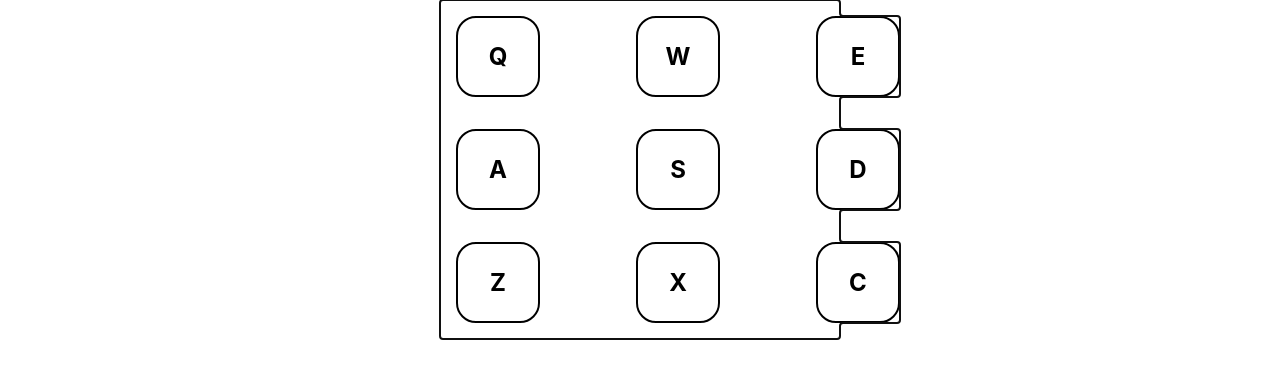
Repository: milac0/drum-machine
Page: /
These files come from the project's save history. The page is drawn as it stood at one moment and after the next save; the edit follows.
The browser window is 1280 px wide. The pictures show the whole page.
The project was rebuilt for these pictures with package versions that can differ from the ones it lists, and the page was loaded fresh each time.

Above is the page before, as saved 2019-10-25 17:36:10.

### public/index.html
<!DOCTYPE html>
<html lang="en">
  <head>
    <meta charset="utf-8" />
    <link rel="shortcut icon" href="%PUBLIC_URL%/favicon.ico" />
    <meta name="viewport" content="width=device-width, initial-scale=1" />
    <meta name="theme-color" content="#000000" />
    <!--
      manifest.json provides metadata used when your web app is installed on a
      user's mobile device or desktop. See https://developers.google.com/web/fundamentals/web-app-manifest/
    -->
    <link rel="manifest" href="%PUBLIC_URL%/manifest.json" />
    <!--
      Notice the use of %PUBLIC_URL% in the tags above.
      It will be replaced with the URL of the `public` folder during the build.
      Only files inside the `public` folder can be referenced from the HTML.

      Unlike "/favicon.ico" or "favicon.ico", "%PUBLIC_URL%/favicon.ico" will
      work correctly both with client-side routing and a non-root public URL.
      Learn how to configure a non-root public URL by running `npm run build`.
    -->
    <title>Drum Machine</title>
  </head>
  <body>
    <noscript>You need to enable JavaScript to run this app.</noscript>
    <div id="root"></div>
    <!--
      This HTML file is a template.
      If you open it directly in the browser, you will see an empty page.

      You can add webfonts, meta tags, or analytics to this file.
      The build step will place the bundled scripts into the <body> tag.

      To begin the development, run `npm start` or `yarn start`.
      To create a production bundle, use `npm run build` or `yarn build`.
    -->
    <!-- <script src="https://cdn.freecodecamp.org/testable-projects-fcc/v1/bundle.js"></script> -->
  </body>
</html>

### src/index.css
html {
  height: 100%;
}

body {
  margin: 0;
  height: 100%;
  font-family: -apple-system, BlinkMacSystemFont, "Segoe UI", "Roboto", "Oxygen",
    "Ubuntu", "Cantarell", "Fira Sans", "Droid Sans", "Helvetica Neue",
    sans-serif;
  -webkit-font-smoothing: antialiased;
  -moz-osx-font-smoothing: grayscale;
}

### src/App.js
import React, { Fragment } from "react";
import "./App.css";
import DrumPad from "./Components/DrumPad";

class App extends React.Component {
  constructor(props) {
    super(props);
    this.references = {};
    this.state = { display: "" };
    this.keyPressRef = React.createRef();
    this.handleClick = this.handleClick.bind(this);
    this.handleKeyDown = this.handleKeyDown.bind(this);
    this.getOrCreateRef = this.getOrCreateRef.bind(this);
    this.setDisplay = this.setDisplay.bind(this);
  }

  componentDidMount() {
    this.keyPressRef.current.focus();
  }

  handleClick = id => {
    // console.log(this.references[id].current);
    this.references[id].current.play();
    this.references[id].current.currentTime = 0;
    this.setDisplay(id);
  };

  handleKeyDown = e => {
    if (this.references.hasOwnProperty(e.key.toUpperCase())) {
      this.references[e.key.toUpperCase()].current.play();
      this.references[e.key.toUpperCase()].current.currentTime = 0;
    }
    this.setDisplay(e.key.toUpperCase());
  };

  setDisplay(id) {
    let display;
    try {
      display = drums.filter(elem => elem.id === id)[0].text;
    } catch {
      display = this.state.display;
    }
    console.log(display);
    this.setState({ display });
  }

  getOrCreateRef(id) {
    if (!this.references.hasOwnProperty(id)) {
      return (this.references[id] = React.createRef());
    } else return this.references[id];
  }

  render() {
    return (
      <Fragment>
      <div
        id="drum-machine"
        ref={this.keyPressRef}
        onKeyDown={this.handleKeyDown}
        tabIndex="0"
      >


        {/* <div id="drum-pads"> */}
          {drums.map((elem, i) => (
            <DrumPad
              name={elem.text}
              ref={this.getOrCreateRef(elem.id)}
              clickHandler={this.handleClick}
              id={elem.id}
              src={elem.src}
              key={i}
            />
          ))}
        {/* </div> */}
      </div>
      <p id="display">{this.state.display}</p>
      </Fragment>
    );
  }
}

const drums = [
  {
    id: "Q",
    text: "hit the nail",
    src:
      "https://sampleswap.org/samples-ghost/DRUMS%20(SINGLE%20HITS)/Kicks/16[kb]808bd.aif.mp3"
  },
  {
    id: "W",
    text: "badong",
    src:
      "https://sampleswap.org/samples-ghost/DRUMS%20(SINGLE%20HITS)/Kicks/152[kb]808bd3.aif.mp3"
  },
  {
    id: "E",
    text: "stop kick",
    src:
      "https://sampleswap.org/samples-ghost/DRUMS%20(SINGLE%20HITS)/Kicks/15[kb]808bd2.aif.mp3"
  },
  {
    id: "A",
    text: "pang",
    src:
      "https://sampleswap.org/samples-ghost/DRUMS%20(SINGLE%20HITS)/Kicks/152[kb]808distbd.aif.mp3"
  },
  {
    id: "S",
    text: "boing",
    src:
      "https://sampleswap.org/samples-ghost/DRUMS%20(SINGLE%20HITS)/Kicks/67[kb]808sub.aif.mp3"
  },
  {
    id: "D",
    text: "absolute insane kikdrum",
    src:
      "https://sampleswap.org/samples-ghost/DRUMS%20(SINGLE%20HITS)/Kicks/69[kb]absolutely-insane-kikdrum.wav.mp3"
  },
  {
    id: "Z",
    text: "absurdistan kick",
    src:
      "https://sampleswap.org/samples-ghost/DRUMS%20(SINGLE%20HITS)/Kicks/34[kb]absurdistan-kick.wav.mp3"
  },
  {
    id: "X",
    text: "backwards in crash",
    src:
      "https://sampleswap.org/samples-ghost/DRUMS%20(SINGLE%20HITS)/Gongs%20and%20Super%20Crashes/61[kb]backwards-in-crash.aif.mp3"
  },
  {
    id: "C",
    text: "cymbals",
    src:
      "https://sampleswap.org/samples-ghost/DRUMS%20(SINGLE%20HITS)/Cymbals/100[kb]curiouscym1.aif.mp3"
  }
];

export default App;

### src/App.css
#drum-machine {
  max-width: 400px;
  margin: 0 auto;
  display: grid;
  grid-template-columns: 180px 180px 180px;
}

.drum-pad {
  max-width: 80px;
  height: auto;
  margin: 1em;
  border: 2px solid black;
  border-radius: 20px;
  text-align: center;
}

.drum-pad p {
  font-size: 1.5rem;
  font-weight: 700;
}

/* #display {
  margin: 0 auto;
  height: 30px;
  width: 200px;
  padding: 10px;
  background: #FDC8C8;
  text-align: center;
}

.drum-pad {
  width: 240px;
  text-align: center;
  border: 1px solid black;
  padding: 1rem 1.5rem;
}

#W {
  grid-column-start: 2;
  grid-column-end: 3;
}

#E {
  grid-column-start: 3;
  grid-column-end: 4;
}

.drum-pad:hover {
  cursor: pointer;
} */

### src/Components/DrumPad.js
import React from "react";

const DrumPad = React.forwardRef((props, ref) => (
  <div
    className="drum-pad"
    id={props.id}
    onClick={() => props.clickHandler(props.id)}
    text={props.name}
  >
    <p>{props.id}</p>
    <audio ref={ref} src={props.src} className="clip" id={props.id}></audio>
  </div>
));

export default DrumPad;

Loaded but not shown: src/index.js (common file)

After the next save:
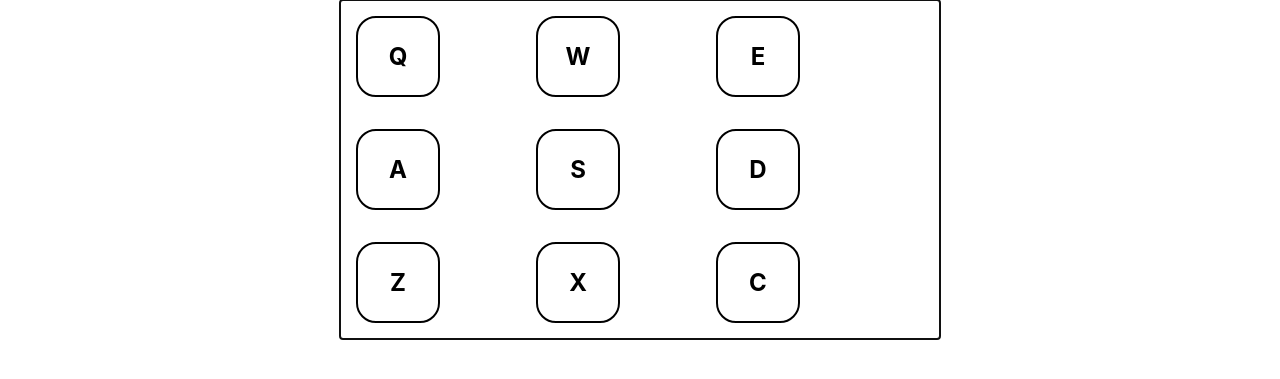
Saved 30 s later.
--- a/src/App.css
+++ b/src/App.css
@@ -1,5 +1,5 @@
 #drum-machine {
-  max-width: 400px;
+  max-width: 600px;
   margin: 0 auto;
   display: grid;
   grid-template-columns: 180px 180px 180px;
